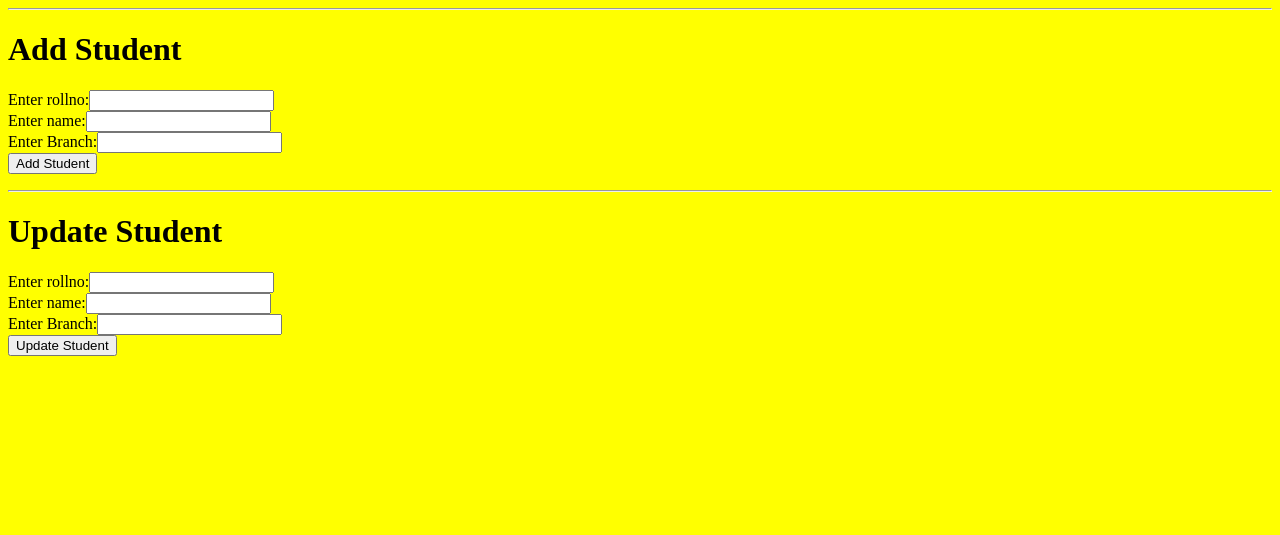
Repository: chinthaginjalabhuvan/Java
Page: RealTimeWebProject/src/main/webapp/index.html
The author's editor kept a copy of each file at every save. The page is drawn from the files as they stood at one save, then again after the next save.
The browser window is 1280 px wide. The pictures show the whole page.

Above is the page before, as saved 2025-06-03 10:45:47.

After the next save:
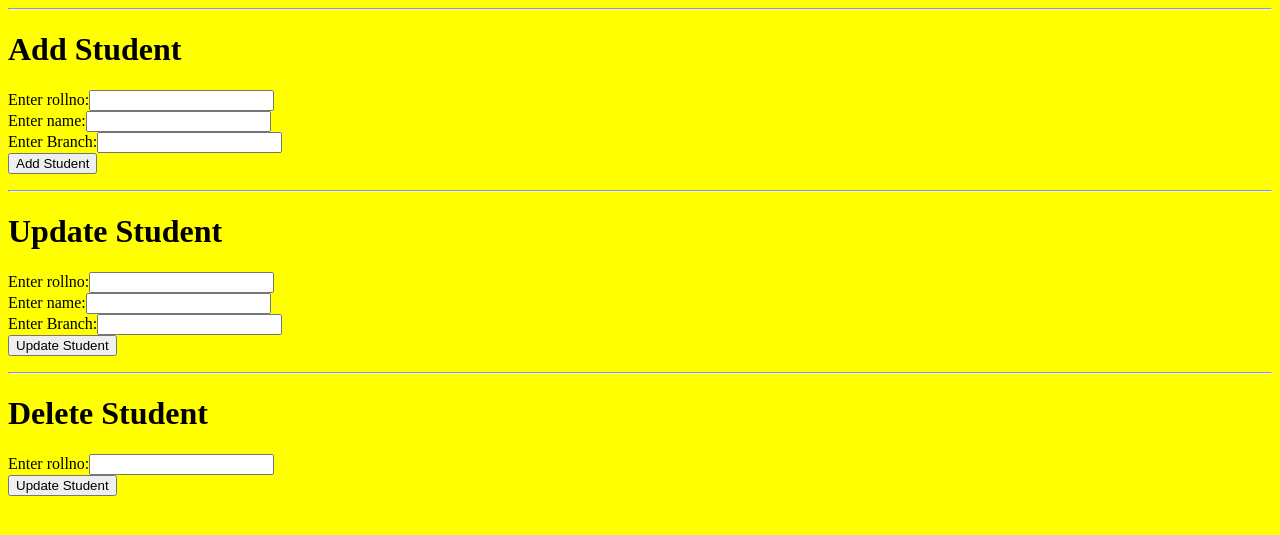
Saved 63 s later.
--- a/RealTimeWebProject/src/main/webapp/index.html
+++ b/RealTimeWebProject/src/main/webapp/index.html
@@ -17,5 +17,11 @@ Enter name:<input type="text" name="name"/><br/>
 Enter Branch:<input type="text" name="branch"/><br/>
 <button type="submit">Update Student</button>
 </form>
+<hr/>
+<h1>Delete Student</h1>
+<form action="DeleteStudent.jsp">
+Enter rollno:<input type="text" name="rollno"/><br/>
+<button type="submit">Update Student</button>
+</form>
 </body>
 </html>
